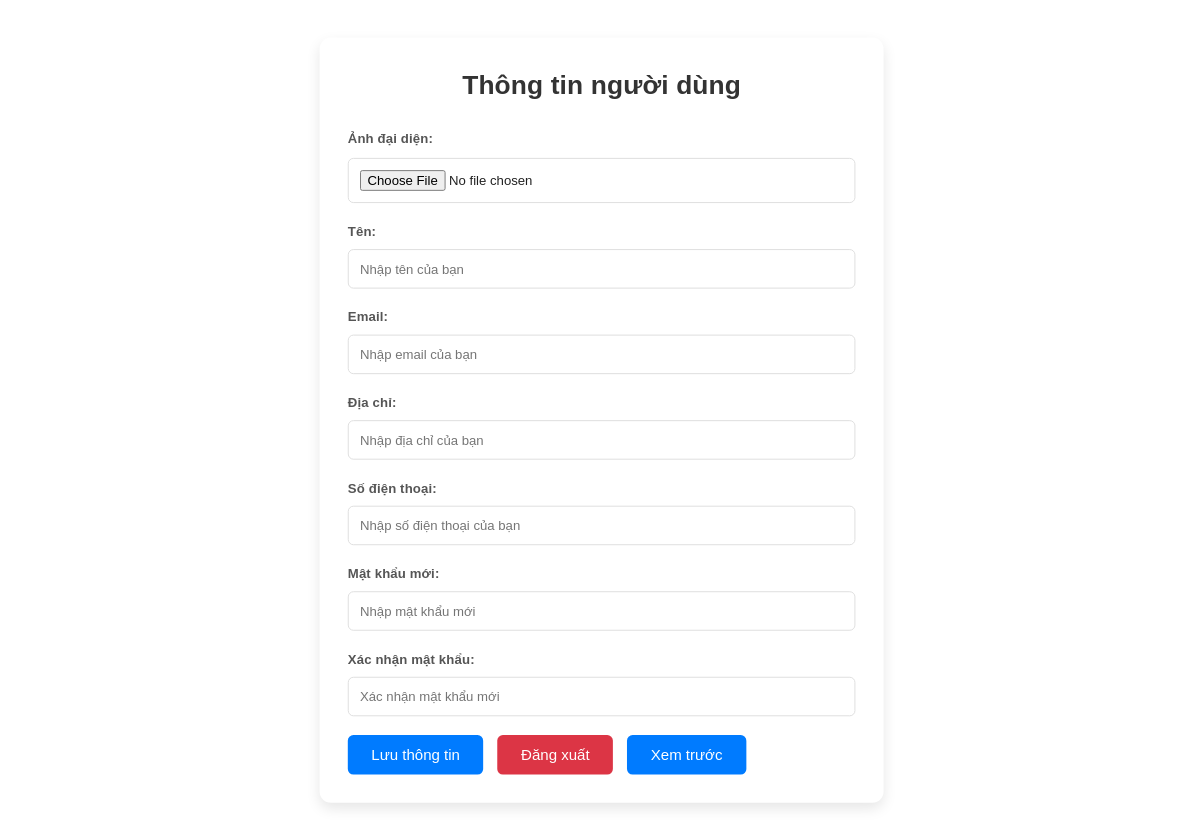
Repository: minhquang203/Homestay
Page: /profile (app in client/)
The author's editor kept a copy of each file at every save. The page is drawn from the files as they stood at one save, then again after the next save.
The browser window is 1280 px wide. The pictures show the whole page, at 94% of full size.
The project was rebuilt for these pictures with package versions that can differ from the ones it lists, and the page was loaded fresh each time. Also part of the build but not shown: client/src/styles/Footer.scss, client/src/components/Footer.jsx, client/src/styles/ListingCard.scss, client/src/components/ListingCard.jsx, client/src/styles/Loader.scss, client/src/components/Loader.jsx, client/src/styles/Navbar.scss, client/src/styles/variable.scss and 28 more.

Above is the page before, as saved 2025-04-04 20:32:22.

After the next save:
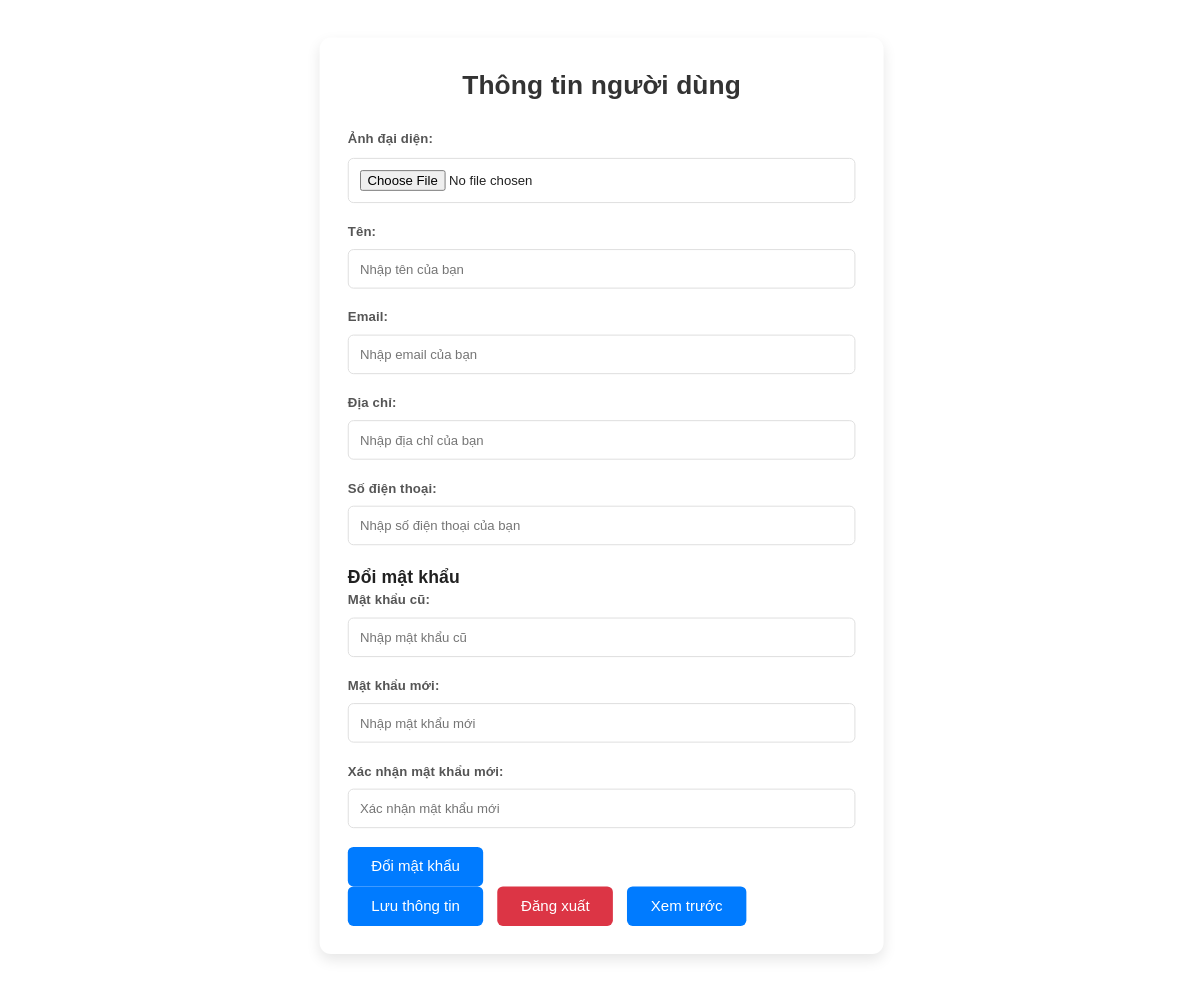
Saved 8 min 43 s later.
--- a/client/src/pages/Profile.jsx
+++ b/client/src/pages/Profile.jsx
@@ -7,17 +7,28 @@
     email: "",
     address: "",
     phone: "",
-    avatar: null, // Thêm trường avatar
+    avatar: null,
     password: "",
     confirmPassword: "",
   });
   const [updateMessage, setUpdateMessage] = useState("");
   const [errors, setErrors] = useState({});
   const [previewMode, setPreviewMode] = useState(false);
+  const [passwordData, setPasswordData] = useState({
+    oldPassword: "",
+    newPassword: "",
+    confirmNewPassword: "",
+  });
+  const [passwordMessage, setPasswordMessage] = useState("");
 
   const handleChange = (e) => {
     const { name, value } = e.target;
     setEditedUser((prev) => ({ ...prev, [name]: value }));
+  };
+
+  const handlePasswordChange = (e) => {
+    const { name, value } = e.target;
+    setPasswordData((prev) => ({ ...prev, [name]: value }));
   };
 
   const handleAvatarChange = (e) => {
@@ -59,6 +70,38 @@
     }
   };
 
+  const handleChangePassword = async () => {
+    if (passwordData.newPassword !== passwordData.confirmNewPassword) {
+      setPasswordMessage("Mật khẩu mới và xác nhận mật khẩu không khớp.");
+      return;
+    }
+
+    try {
+      const response = await fetch("http://localhost:3002/auth/change-password", {
+        method: "PUT",
+        headers: {
+          "Content-Type": "application/json",
+          Authorization: `Bearer ${localStorage.getItem("token")}`,
+        },
+        body: JSON.stringify({
+          oldPassword: passwordData.oldPassword,
+          newPassword: passwordData.newPassword,
+        }),
+      });
+
+      const data = await response.json();
+      if (response.ok) {
+        setPasswordMessage("Đổi mật khẩu thành công!");
+        setPasswordData({ oldPassword: "", newPassword: "", confirmNewPassword: "" });
+      } else {
+        setPasswordMessage(data.message || "Đổi mật khẩu thất bại.");
+      }
+    } catch (error) {
+      console.error("Lỗi khi đổi mật khẩu:", error);
+      setPasswordMessage("Đã xảy ra lỗi. Vui lòng thử lại.");
+    }
+  };
+
   const handleLogout = () => {
     if (window.confirm("Bạn có chắc chắn muốn đăng xuất?")) {
       console.log("Đăng xuất");
@@ -130,29 +173,43 @@
         />
         {errors.phone && <p className="error">{errors.phone}</p>}
       </div>
-      <div>
-        <label>Mật khẩu mới:</label>
-        <input
-          type="password"
-          name="password"
-          placeholder="Nhập mật khẩu mới"
-          value={editedUser.password}
-          onChange={handleChange}
-        />
-      </div>
-      <div>
-        <label>Xác nhận mật khẩu:</label>
-        <input
-          type="password"
-          name="confirmPassword"
-          placeholder="Xác nhận mật khẩu mới"
-          value={editedUser.confirmPassword}
-          onChange={handleChange}
-        />
-        {errors.confirmPassword && (
-          <p className="error">{errors.confirmPassword}</p>
-        )}
-      </div>
+
+      <div className="change-password-section">
+        <h3>Đổi mật khẩu</h3>
+        <div>
+          <label>Mật khẩu cũ:</label>
+          <input
+            type="password"
+            name="oldPassword"
+            placeholder="Nhập mật khẩu cũ"
+            value={passwordData.oldPassword}
+            onChange={handlePasswordChange}
+          />
+        </div>
+        <div>
+          <label>Mật khẩu mới:</label>
+          <input
+            type="password"
+            name="newPassword"
+            placeholder="Nhập mật khẩu mới"
+            value={passwordData.newPassword}
+            onChange={handlePasswordChange}
+          />
+        </div>
+        <div>
+          <label>Xác nhận mật khẩu mới:</label>
+          <input
+            type="password"
+            name="confirmNewPassword"
+            placeholder="Xác nhận mật khẩu mới"
+            value={passwordData.confirmNewPassword}
+            onChange={handlePasswordChange}
+          />
+        </div>
+        {passwordMessage && <p className="error">{passwordMessage}</p>}
+        <button onClick={handleChangePassword}>Đổi mật khẩu</button>
+      </div>
+
       <button onClick={handleSave}>Lưu thông tin</button>
       <button className="logout-button" onClick={handleLogout}>
         Đăng xuất
